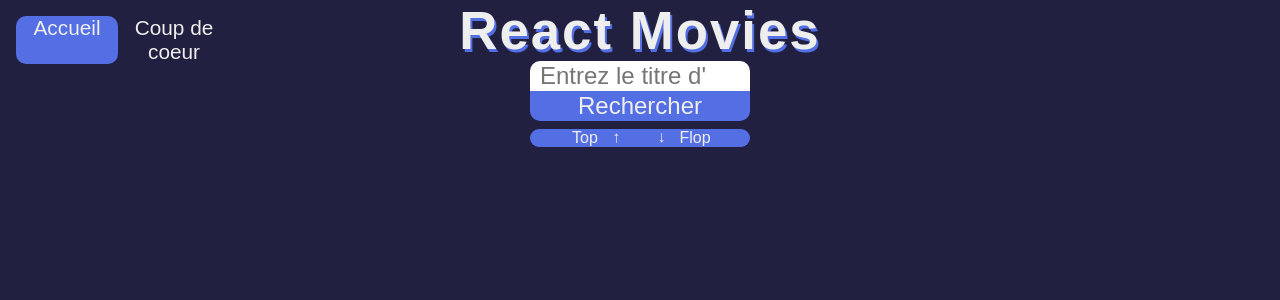
Repository: lucas-andedi/tala
Page: /
These files come from the project's save history. The page is drawn as it stood at one moment and after the next save; the edit follows.
The browser window is 1280 px wide. The pictures show the whole page.
The page's requests for data from a server got no answer. Some web fonts or font styles are not loaded; a fallback is used. The project was rebuilt for these pictures with package versions that can differ from the ones it lists, and the page was loaded fresh each time. No one was signed in, and anything a server would have sent is missing. Also part of the build but not shown: src/components/Card.jsx, src/pages/UserList.js.

Above is the page before, as saved 2022-06-13 18:27:37.

After the next save:
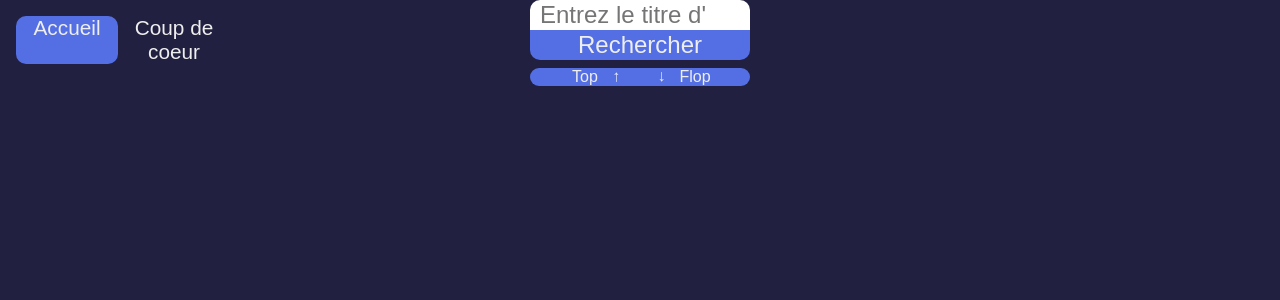
Saved 259 days later.
--- a/src/components/Header.jsx
+++ b/src/components/Header.jsx
@@ -10,7 +10,7 @@ const Header = () => {
                     <NavLink to="/coup-de-coeur" className={(nav) => nav.isActive ? "nav-active" : ""}><li>Coup de coeur</li></NavLink>
                 </ul>
             </nav>
-            <h1>React Movies</h1>
+            <h1></h1>
         </div>
     );
 };
